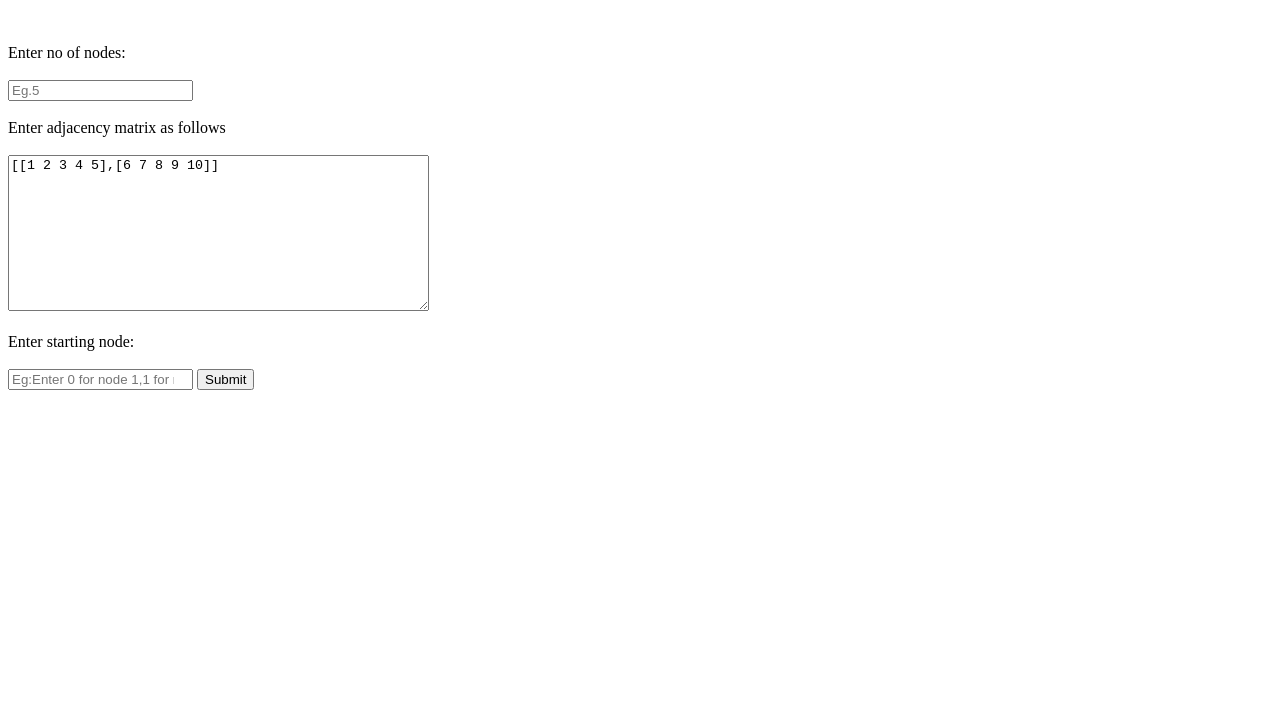
Repository: vinaybabu3962/ALGORITHMIC-TOOLBOX
Page: DAA_WT/webapp/BellmanFord.html
The author's editor kept a copy of each file at every save. The page is drawn from the files as they stood at one save, then again after the next save.
The browser window is 1280 px wide. The pictures show the whole page.
Some web libraries are served in a nearby version.

Above is the page before, as saved 2021-07-05 12:15:15.

After the next save:
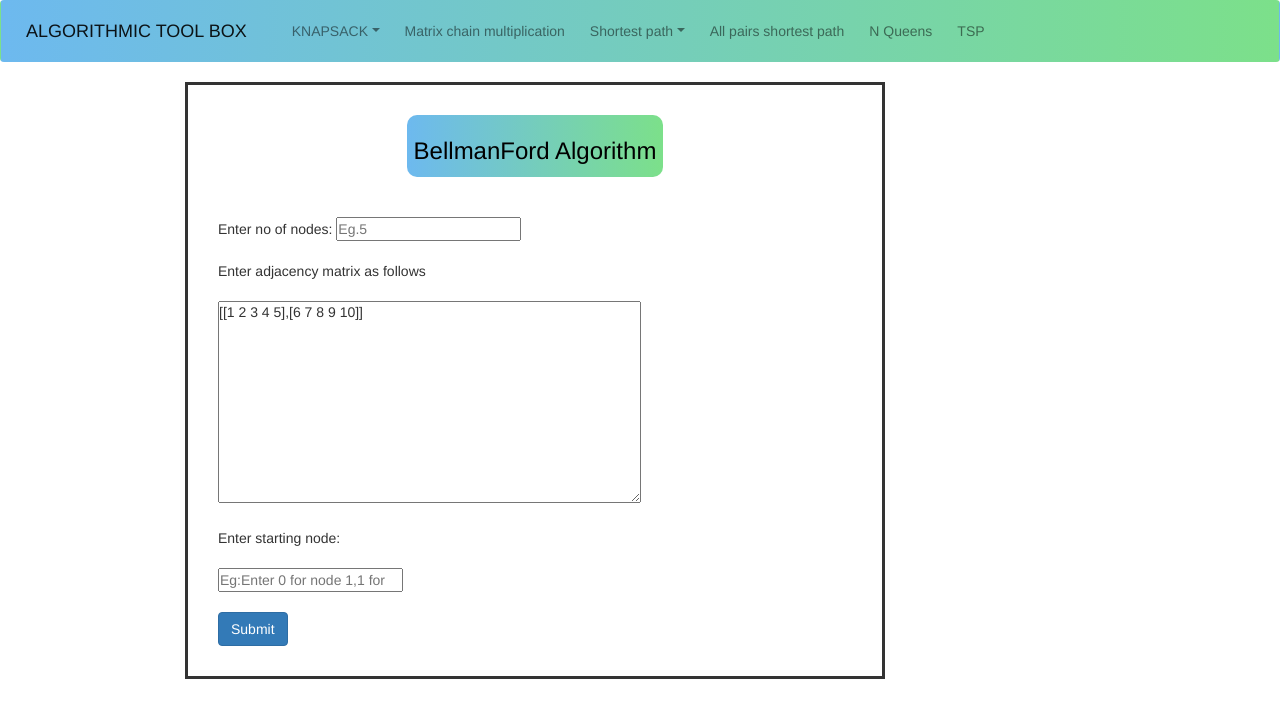
Saved 39 s later.
--- a/DAA_WT/webapp/BellmanFord.html
+++ b/DAA_WT/webapp/BellmanFord.html
@@ -3,11 +3,89 @@
 <head>
 <meta charset="ISO-8859-1">
 <title>Insert title here</title>
+<link rel="stylesheet" href="https://cdn.jsdelivr.net/npm/bootstrap@4.6.0/dist/css/bootstrap.min.css">
+<script src="https://code.jquery.com/jquery-3.5.1.min.js"></script>
+<script src="https://cdn.jsdelivr.net/npm/bootstrap@4.6.0/dist/js/bootstrap.bundle.min.js"></script>
+<script src="//ajax.googleapis.com/ajax/libs/jquery/1.11.0/jquery.min.js"></script>
+<script src="//netdna.bootstrapcdn.com/bootstrap/3.1.1/js/bootstrap.min.js"></script>
+<link rel="stylesheet" type="text/css" href="//netdna.bootstrapcdn.com/bootstrap/3.1.1/css/bootstrap.min.css">
+<style>
+	*{
+		margin: 0px;
+		padding:0px;
+	}
+	.nav-item{
+	margin-right:15px;
+	}
+    .abcd{
+    background-image: linear-gradient(to right, #6db9ef, #7ce08a);
+    }
+    .form-class {
+	position:relative;
+	left:100px;
+	width:700px;
+	padding:30px;
+	text-align:"center";
+	border:solid;
+	}
+</style>
 </head>
 <body>
-<form action="abcd" method="POST">
+<div class="bs-example">
+    <nav class="navbar navbar-expand-md navbar-light bg-light abcd">
+        <a href="index.html" class="navbar-brand">ALGORITHMIC TOOL BOX</a>
+        <button type="button" class="navbar-toggler" data-toggle="collapse" data-target="#navbarCollapse">
+            <span class="navbar-toggler-icon"></span>
+        </button>
+        <div id="navbarCollapse" class="collapse navbar-collapse">
+            <ul class="nav navbar-nav">
+
+
+                <li class="nav-item dropdown">
+                    <a href="#" class="nav-link dropdown-toggle" data-toggle="dropdown">KNAPSACK</a>
+                    <div class="dropdown-menu">
+                    	<a href="GreedyKnapsack.html" class="dropdown-item">Greedy Knapsack</a>
+  						<a href="KnapSackDP.html" class="dropdown-item">Knapsack using DP</a>
+
+                    </div>
+                </li>
+                <li class="nav-item">
+                  <a href="MatrixChainMultiplication.html" class="nav-link">Matrix chain multiplication</a>
+
+                </li>
+                <li class="nav-item dropdown">
+                    <a href="#" class="nav-link dropdown-toggle" data-toggle="dropdown">Shortest path</a>
+                    <div class="dropdown-menu">
+                     	<a href="Dijkstras.html" class="dropdown-item">Dijkstras shortest path</a>
+  						<a href="BellmanFord.html" class="dropdown-item">Bellman Ford Algorithm</a>
+
+                    </div>
+                </li>
+                 <li class="nav-item">
+
+                  <a href="FloydWarshall.html" class="nav-link">All pairs shortest path</a>
+                </li>
+                <li class="nav-item">
+
+                  <a href="NQueens.html" class="nav-link">N Queens </a>
+                </li>
+                <li class="nav-item">
+
+                  <a href="Tsp.html" class="nav-link">TSP</a>
+                </li>
+            </ul>
+
+        </div>
+    </nav>
+</div>
+<div class="container">
+<div class="form-class">
+<center>
+<span style="background-image:linear-gradient(to right, #6db9ef, #7ce08a);color:black;" class="badge badge-pill badge-success"><h3>BellmanFord Algorithm</h3>
+</span></center>
+<form action="abcd1" method="POST">
 <br><br>Enter no of nodes:
-<br><br>
+
 <input type="number" name="count" placeholder="Eg.5"  >
 <br><br>
 Enter adjacency matrix as follows
@@ -17,7 +95,10 @@ Enter adjacency matrix as follows
 Enter starting node:
 <br><br>
 <input type="number" placeholder="Eg:Enter 0 for node 1,1 for node 2" name="start" >
- <input type="submit" value="Submit" >
+<br><br>
+ <input type="submit" class="btn btn-primary" value="Submit" >
 </form>
+</div>
+</div>
 </body>
 </html>
